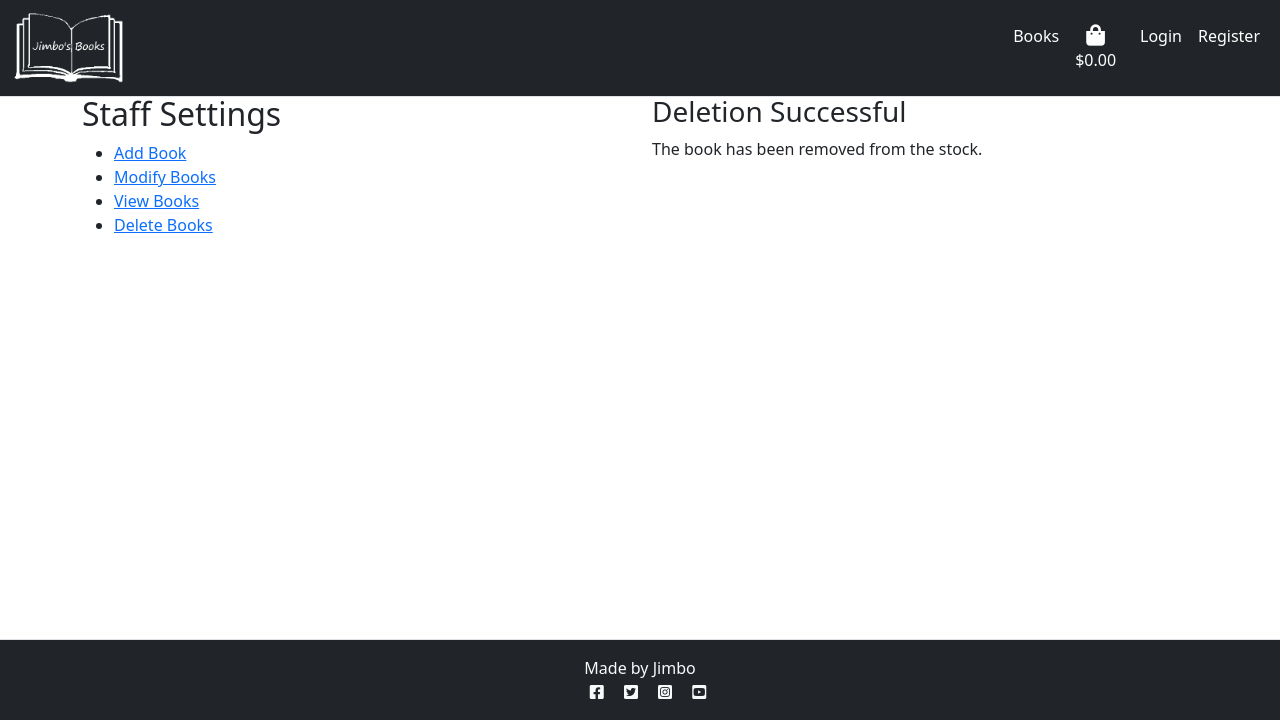
Repository: JaySanders95/jimbos-books
Page: templates/defensive_delete.html
An editor plug-in stored every save of this project. The page is shown before and after the next save, followed by the edit.
The browser window is 1280 px wide. The pictures show the whole page.
The template is drawn by Django 3.2. The application's start-up code is not run. The template is opened directly, without the code that normally fills it, so the values that code supplies are empty.

Above is the page before, as saved 2023-12-26 18:09:11.

After the next save:
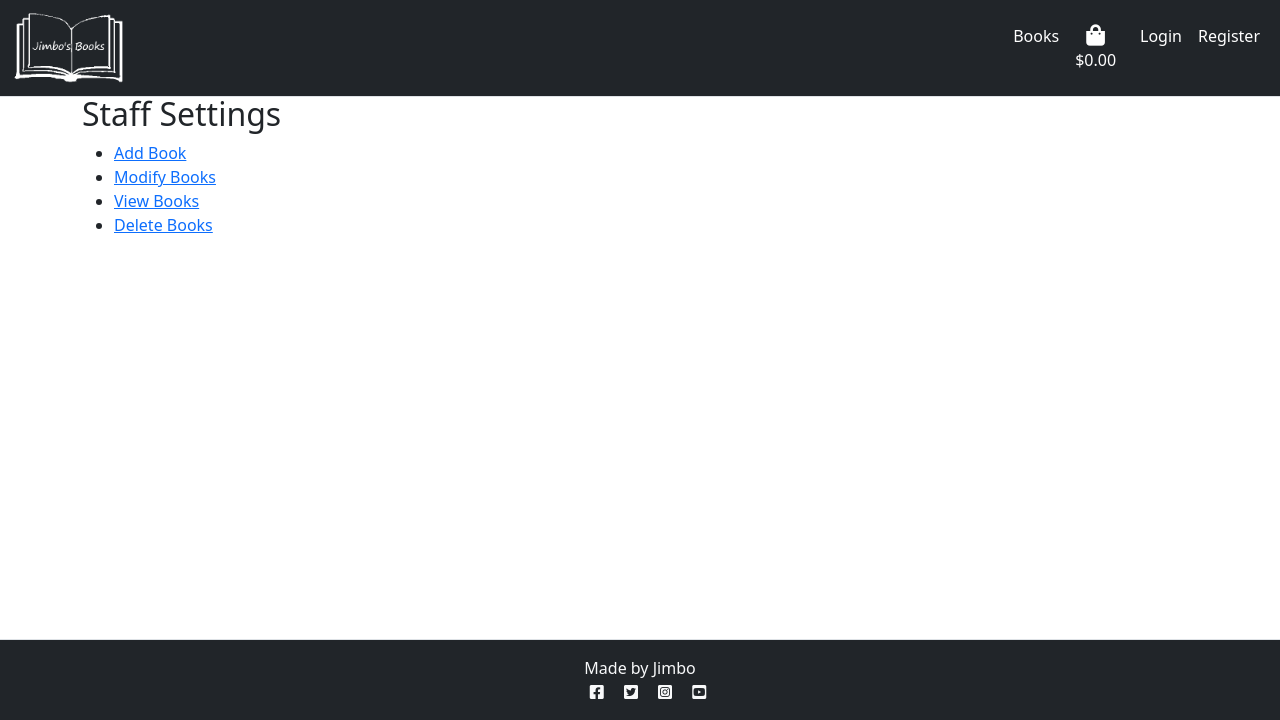
Saved 4 s later.
--- a/templates/defensive_delete.html
+++ b/templates/defensive_delete.html
@@ -1,7 +1,6 @@
 {% extends 'staff_settings.html' %}
 
 {% block settings_content %}
-    <h3>Deletion Successful</h3>
-    <p>The book has been removed from the stock.</p>
+
 
 {% endblock %}
